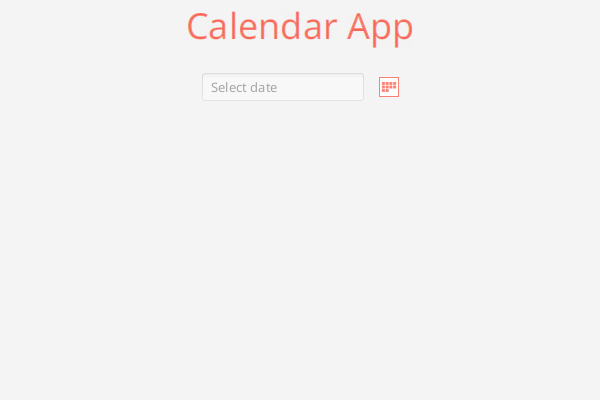
Repository: abhisheknaik96/Calendar-app
Program's window: java Calendar-app/src/simple_calendar/simple_calendar/SimpleCalendarDemo.java
The author's editor kept a copy of each file at every save. The program's window is drawn from the files as they stood at one save, then again after the next save.
It runs on Java 21 on a 1366 x 768 screen with JavaFX 11; the title bar is not drawn. It also reads Calendar-app/src/simple_calendar/simple_calendar/style/calender_icon.png.

Above is the program's window before, as saved 2015-04-06 15:37:28.

After the next save:
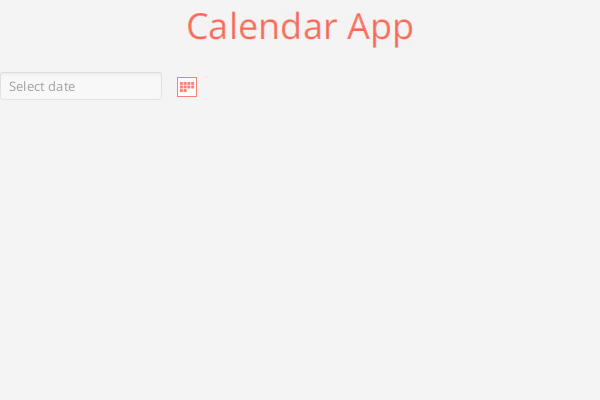
Saved 79 min 9 s later.
--- a/Calendar-app/src/simple_calendar/simple_calendar/SimpleCalendarDemo.java
+++ b/Calendar-app/src/simple_calendar/simple_calendar/SimpleCalendarDemo.java
@@ -49,7 +49,7 @@
         label.setTextAlignment(TextAlignment.CENTER);
 
         HBox dateBox = new HBox(15);
-        dateBox.setAlignment(Pos.CENTER);
+        dateBox.setAlignment(Pos.TOP_LEFT);
         final TextField dateField = new TextField("Select date");
         dateField.setEditable(false);
         dateField.setDisable(true);
